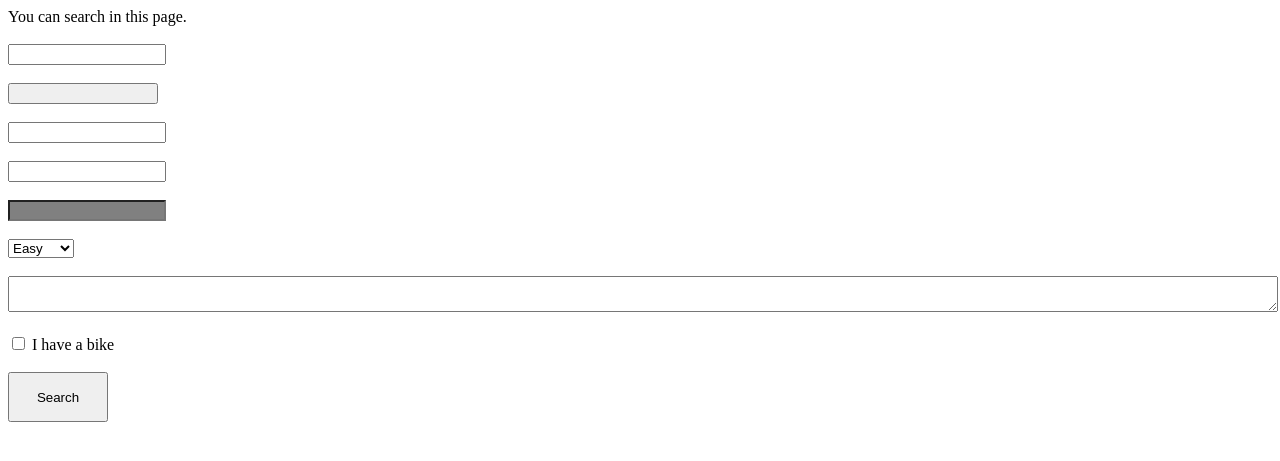
Repository: learoncero/SEProjektUebung
Page: http://localhost/HikingSoftware/search.jsp
These files come from the project's save history. The page is drawn as it stood at one moment and after the next save; the edit follows.
The browser window is 1280 px wide. The pictures show the whole page.
The page is served by Tomcat 9.

Above is the page before, as saved 2023-10-18 09:00:32.

### HikingSoftware/src/main/webapp/search.jsp
<%@ page language="java" contentType="text/html; charset=ISO-8859-1"
    pageEncoding="ISO-8859-1"%>
<!DOCTYPE html>
<html>
<head>
<meta charset="ISO-8859-1">
<title>Insert title here</title>
</head>
<body>
	You can search in this page.
	<br/><br/>
	<input type="text" style="width:150px">
	<br/><br/>
	<input type="button" style="width:150px">
	<br/><br/>
	<input type="password" style="width:150px">
	<br/><br/>
	<input type="email" style="width:150px">
	<br/><br/>

	<!-- Mit form kann man Daten schicken. Mit method="post" wird Passwort nicht im
	Suchstring als Klartext mitgeschickt. Nur für Login & für längere Formulare z.B. Wanderung erfassen. -->

	<form action="search_results.jsp" method="get">
		<input type="text" name="searchString" style="width:150px;background-color:grey">
		<br/><br/>

		<!-- Mit type submit werden alle Inhalte in dem Textfeld als Formular geschickt  -->

		<select name="difficulty">
			<option value="1">Easy</option>
			<option value="5">Difficult</option>
		</select>
		<br/><br/>

		<textarea name="description" style="width:100%"></textarea>
		<br/><br/>

		<input type="checkbox" name="bike">
		<label for="vehicle1">I have a bike</label>
		<br/><br/>

		<input type="submit" value="Search" style="width:100px;height:50px">
	</form>




</body>
</html>

After the next save:
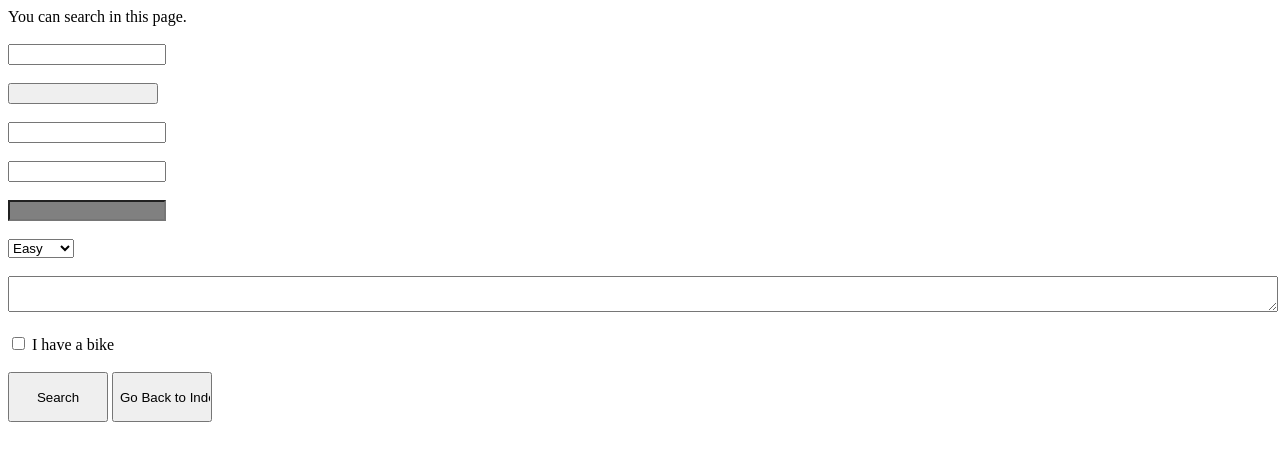
Saved 3 min 6 s later.
--- a/HikingSoftware/src/main/webapp/search.jsp
+++ b/HikingSoftware/src/main/webapp/search.jsp
@@ -41,6 +41,8 @@
 		<br/><br/>
 
 		<input type="submit" value="Search" style="width:100px;height:50px">
+
+		<input type="button" value="Go Back to Index" onClick="window.location.href = 'index.jsp'" style="width:100px;height:50px">
 	</form>
 
 
